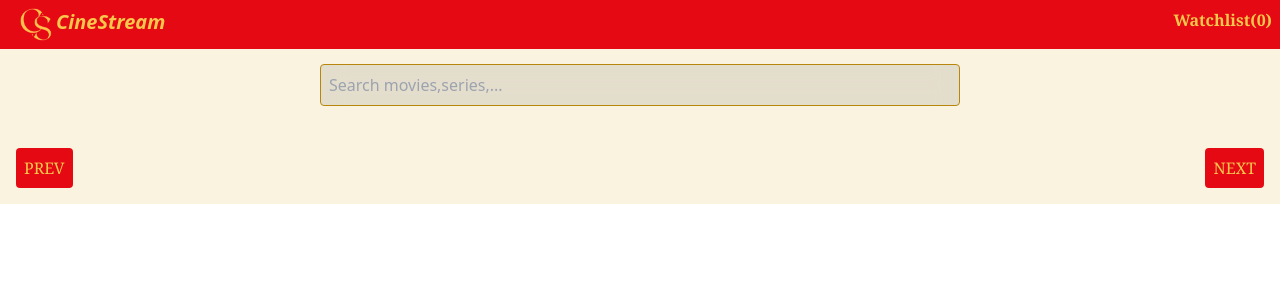
Repository: Reshmashameem31/Cine-Stream
Page: / (app in movie-project/)
The author's editor kept a copy of each file at every save. The page is drawn from the files as they stood at one save, then again after the next save.
The browser window is 1280 px wide. The pictures show the whole page.
The project was rebuilt for these pictures with package versions that can differ from the ones it lists, and the page was loaded fresh each time. Also part of the build but not shown: movie-project/vite.config.js, movie-project/src/Components/GenreFilter.jsx, movie-project/src/pages/WatchList.jsx, movie-project/src/Components/Moviecard.jsx.

Above is the page before, as saved 2025-08-16 14:54:52.

### movie-project/src/App.jsx
import {BrowserRouter,Routes,Route} from 'react-router-dom'

import { useState } from 'react'
import Navbar from './pages/Navbar'
import Watchlist from './pages/WatchList'
import Home from './pages/Home'
function App() {
  const [count, setCount] = useState(0)

  return (

    <BrowserRouter>

    <Navbar/>
    <Routes>
      <Route path='/' element={<Home/>}></Route>
        <Route path='/watchlist' element={<Watchlist/>}></Route>
    </Routes>
    </BrowserRouter>
  )
}

export default App

### movie-project/src/pages/Navbar.jsx
import React from 'react'
import { Link } from 'react-router-dom'

const Navbar = () => {
  return (
    <nav className='p-2 bg-[#E50914]  text-[rgb(248,199,76)] flex justify-between fixed w-full top-0 z-10'>
      <Link to="/" className='font-bold text-xl hover:text-[#B88608] flex gap-1 italic'><img src='icon.png'className='w-8 ml-3' />CineStream</Link>
      <Link to="/watchlist" className='text-l font-semibold font-serif hover:text-[#B88608]'>Watchlist(0)</Link>
    </nav>
  )
}

export default Navbar

### movie-project/src/pages/Home.jsx
import { useEffect,useState } from 'react'
import Moviecard from '../Components/Moviecard'

const Home = () => {

  const[movies,setMovies]=useState([])
  useEffect

  return (
    <div className='p-4 pt-16 bg-[#FAF3E0] '>
        <input type='text' placeholder='Search movies,series,...'
         className='p-2 w-3/4 md:w-1/2 border rounded border-[#B8860B]
          bg-[#1F1F1F] bg-opacity-10 backdrop-blur-md text-white fixed  left-1/4 z-10 top-16' />
        <div className='movies-container grid grid-col-1 md:grid-cols-3 lg:grid-cols-4 gap-4 mt-16 group'>
          {
            movies.map(movie =>{
              return(
              <Moviecard key={movie.id} movie={movie} />
              )
            })
          }

        </div>
        <div className='pagination-container flex justify-between font-serif mt-5'>
          <button className='p-2  bg-[#E50914] hover:bg-red-600  hover:text-[#B8860B] text-[rgb(248,199,76)] rounded'>PREV</button>
          <button className='p-2  bg-[#E50914]  hover:bg-red-600  hover:text-[#B8860B] text-[rgb(248,199,76)] rounded'>NEXT</button>
        </div>

    </div>
  )
}

export default Home

Loaded but not shown: movie-project/index.html (common file); movie-project/src/main.jsx (common file); movie-project/src/index.css (common file); movie-project/tailwind.config.js (common file)

After the next save:
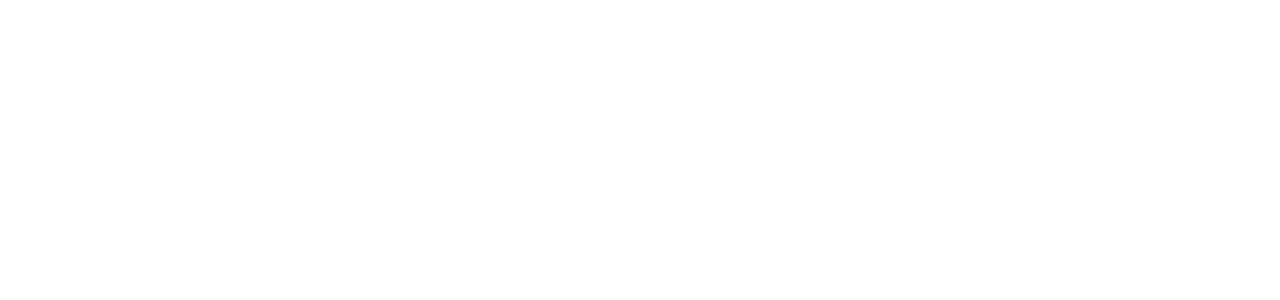
Console error: TypeError: create is not a function
Saved 19 s later.
--- a/movie-project/src/pages/Home.jsx
+++ b/movie-project/src/pages/Home.jsx
@@ -4,7 +4,7 @@
 const Home = () => {
 
   const[movies,setMovies]=useState([])
-  useEffect
+  useEffect()
 
   return (
     <div className='p-4 pt-16 bg-[#FAF3E0] '>

After the 4 saves that followed:
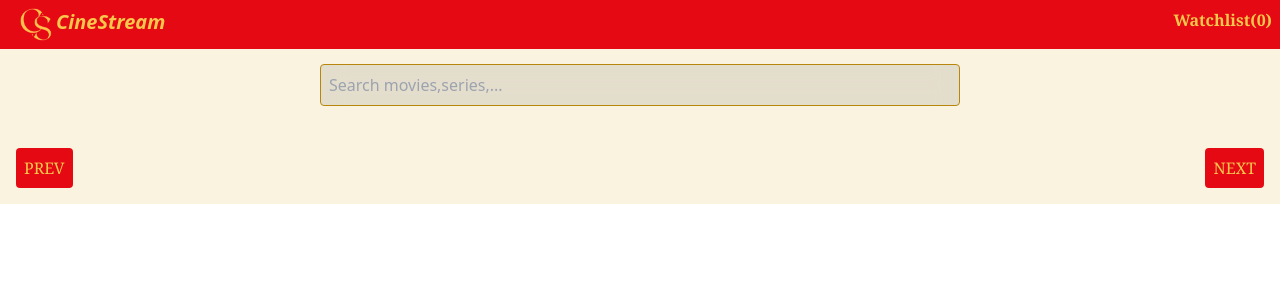
The error is gone.
The 4 saves are shown as one change because 2 did not build or start and some came seconds apart.
The last was saved 23 s later.
--- a/movie-project/src/pages/Home.jsx
+++ b/movie-project/src/pages/Home.jsx
@@ -4,7 +4,9 @@
 const Home = () => {
 
   const[movies,setMovies]=useState([])
-  useEffect()
+  useEffect(() =>{
+
+  })
 
   return (
     <div className='p-4 pt-16 bg-[#FAF3E0] '>
